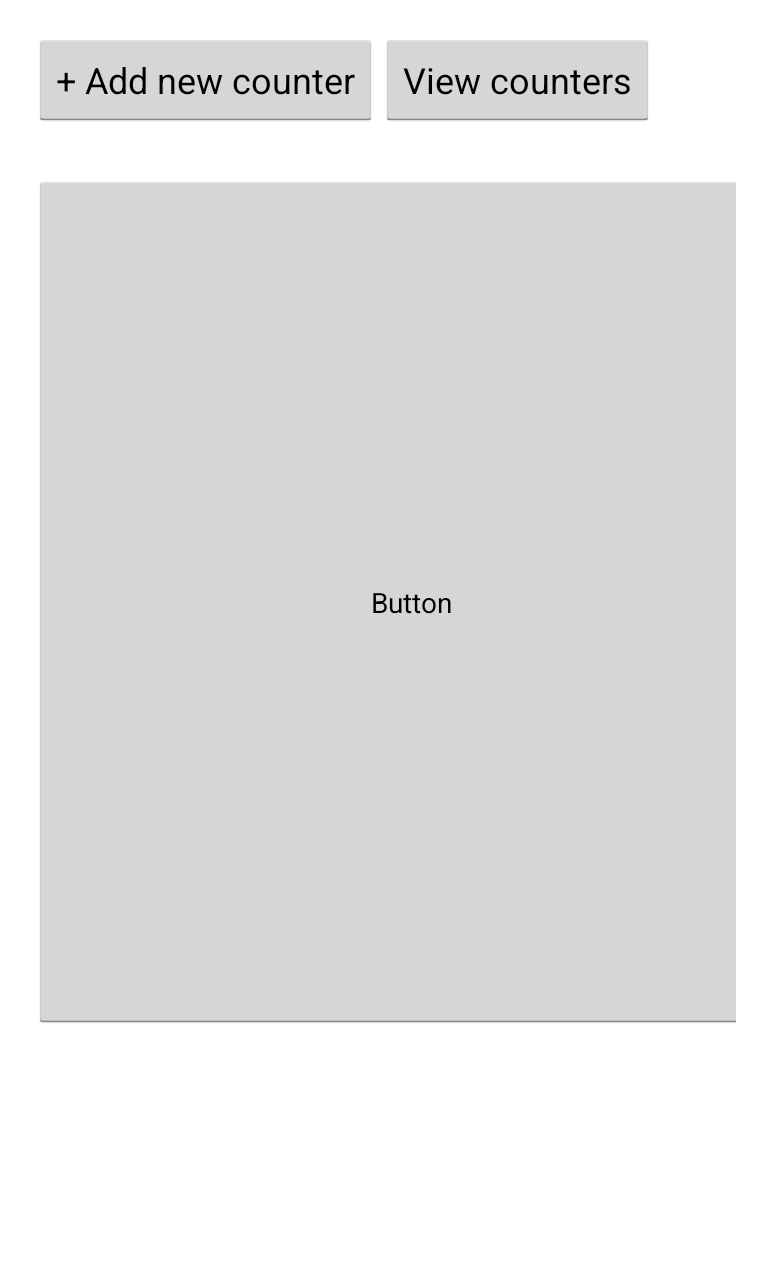
Repository: arweber1/CMPUT301_Assignment1
Layout: Assignment1/res/layout/activity_main.xml
These files come from the project's save history. The layout is drawn as it stood at one moment and after a run of saves; the edit follows.
It is drawn on a 768 x 1280 px phone screen (xhdpi) without system bars, with theme AppTheme; the app's code is not run. Lists and similar views that code fills are empty.

Above is the layout before, as saved 2014-01-18 13:27:29.

After the next 2 saves:
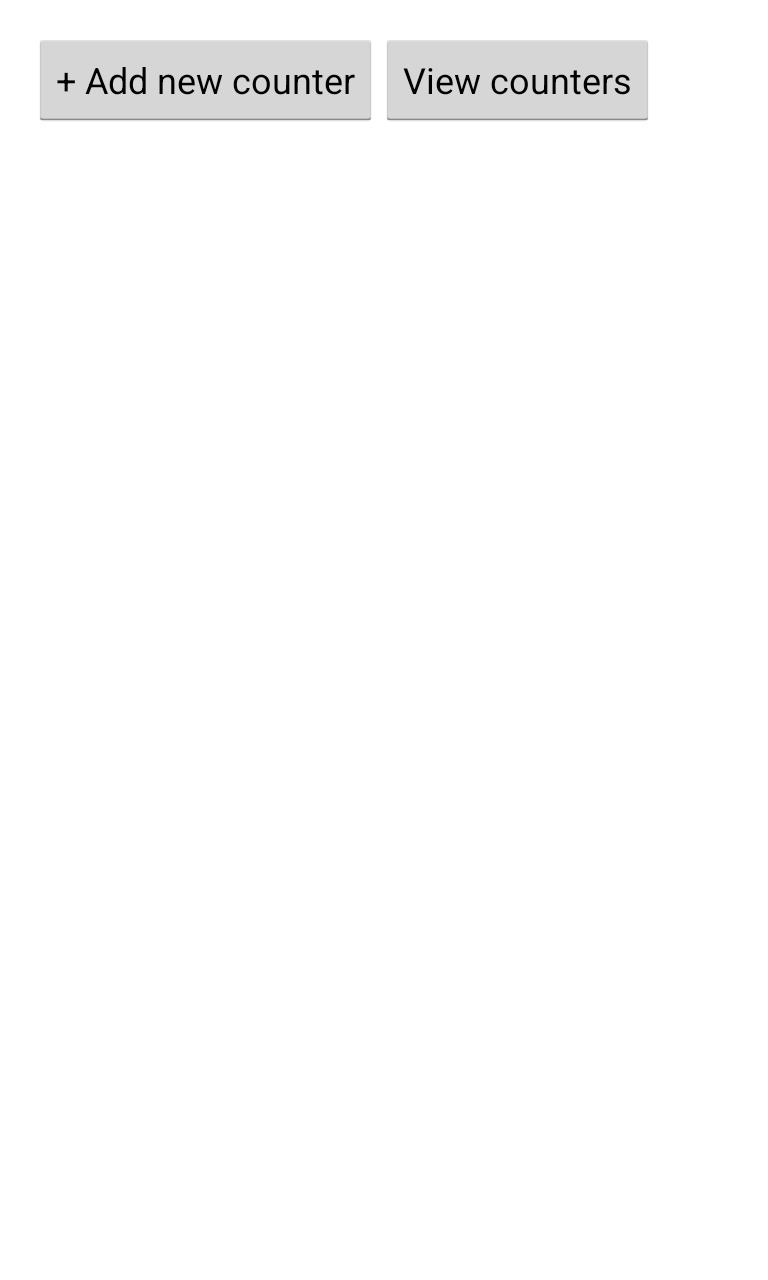
The 2 saves are shown as one change because they came seconds apart.
The last was saved 16 min 51 s later.
--- a/Assignment1/res/layout/activity_main.xml
+++ b/Assignment1/res/layout/activity_main.xml
@@ -33,24 +33,15 @@
         android:id="@+id/scrollView1"
         android:layout_width="wrap_content"
         android:layout_height="wrap_content"
-        android:layout_alignParentLeft="true"
-        android:layout_alignParentRight="true"
-        android:layout_below="@+id/button2"
-        android:layout_marginTop="23dp" >
+        android:layout_alignRight="@+id/button2" >
 
-        <LinearLayout
-            android:layout_width="match_parent"
-            android:layout_height="wrap_content"
-            android:orientation="vertical" >
-
-            <Button
-                android:id="@+id/button3"
-                style="?android:attr/buttonStyleSmall"
-                android:layout_width="379dp"
-                android:layout_height="428dp"
-                android:text="Button" />
-
-        </LinearLayout>
     </ScrollView>
 
+    <ListView
+        android:id="@+id/listView1"
+        android:layout_width="match_parent"
+        android:layout_height="match_parent"
+        android:layout_toRightOf="@+id/textView1" >
+    </ListView>
+
 </RelativeLayout>
